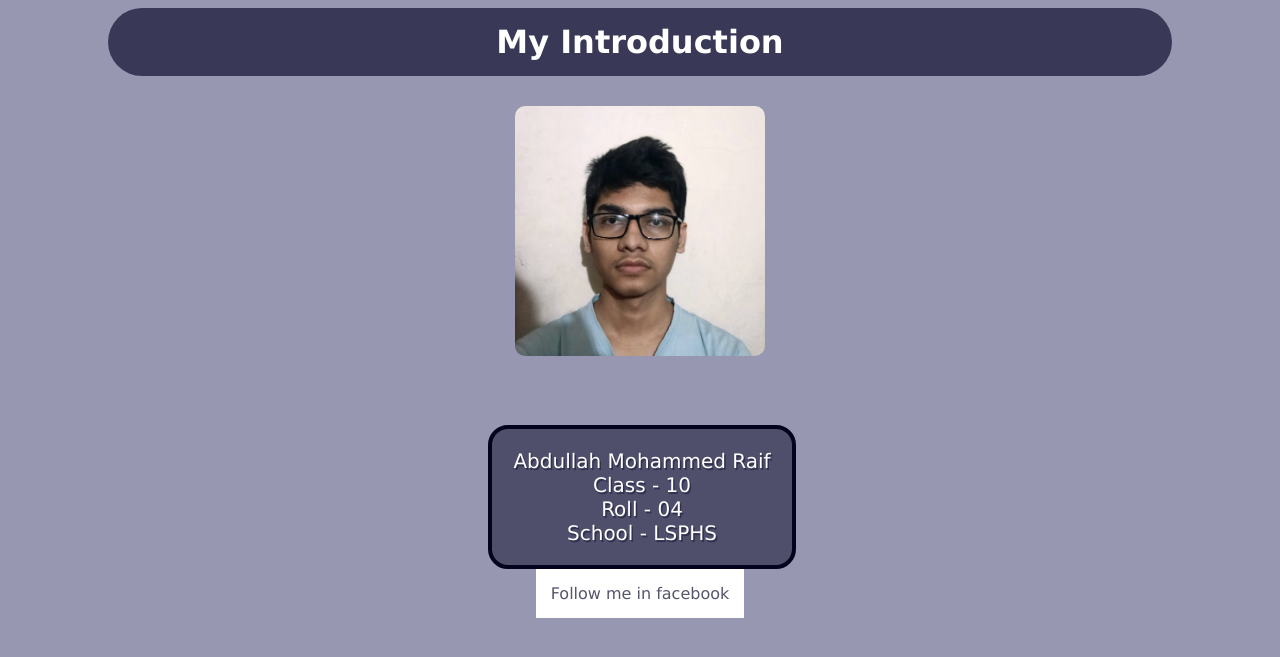
Repository: Raif-007/Portfolio
Page: index.html
The author's editor kept a copy of each file at every save. The page is drawn from the files as they stood at one save, then again after the next save.
The browser window is 1280 px wide. The pictures show the whole page.

Above is the page before, as saved 2021-07-05 17:34:25.

### index.html
<!DOCTYPE html>
<html lang="en">

<head>
    <meta charset="UTF-8">
    <meta http-equiv="X-UA-Compatible" content="IE=edge">
    <meta name="viewport" content="width=device-width, initial-scale=1.0">
    <title>Portfolio</title>
    <link rel="stylesheet" href="styles.css">
</head>

<body>

    <h1>
        My Introduction
    </h1>

    <img id="i01" src="final pic.jpg" alt="raif">


    <div>

        <p>
            Abdullah Mohammed Raif
            <br> Class - 10
            <br> Roll - 04
            <br> School - LSPHS

        </p>


    </div>


    <a href="https://www.facebook.com/raif.chy.58">Follow me in facebook</a>

</body>

</html>

### styles.css
            body {
                background-color: rgba(54, 54, 105, 0.514);
                color: #ffffff;
                font-family: Verdana, Geneva, Tahoma, sans-serif;
                text-align: center;
            }

            h1 {
                background-color: rgba(25, 25, 56, 0.74);
                padding: 15px;
                margin: 0px 100px;
                border-radius: 50px;
            }

            div {
                font-size: 20px;
                border: 4px solid rgb(3, 3, 29);
                width: 300px;
                margin-left: 480px;
                margin-top: 50px;
                background-color: rgba(25, 25, 56, 0.568);
                border-radius: 20px;
                text-shadow: 1.5px 1.5px rgba(25, 25, 56, 0.568);
                margin-bottom: 15px;
            }

            #i01 {
                width: 250px;
                height: 250px;
                margin-top: 30px;
                border-radius: 10px;
                margin-bottom: 15px;
            }

            a:link {
                background-color: #ffffff;
                color: rgba(25, 25, 56, 0.74);
                text-decoration: none;
                padding: 15px;
            }

            a:hover {}

            a:visited {}

            a:active {}

After the next save:
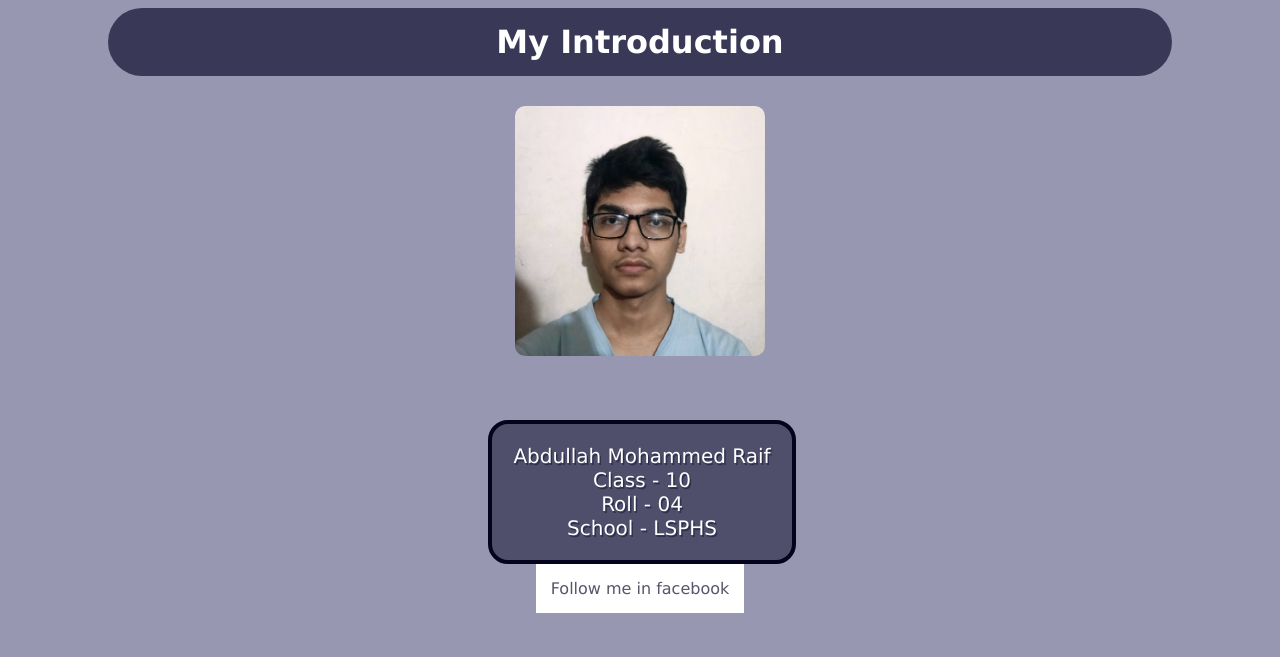
Saved 12 s later.
--- a/styles.css
+++ b/styles.css
@@ -29,7 +29,7 @@
                 height: 250px;
                 margin-top: 30px;
                 border-radius: 10px;
-                margin-bottom: 15px;
+                margin-bottom: 10px;
             }
 
             a:link {
